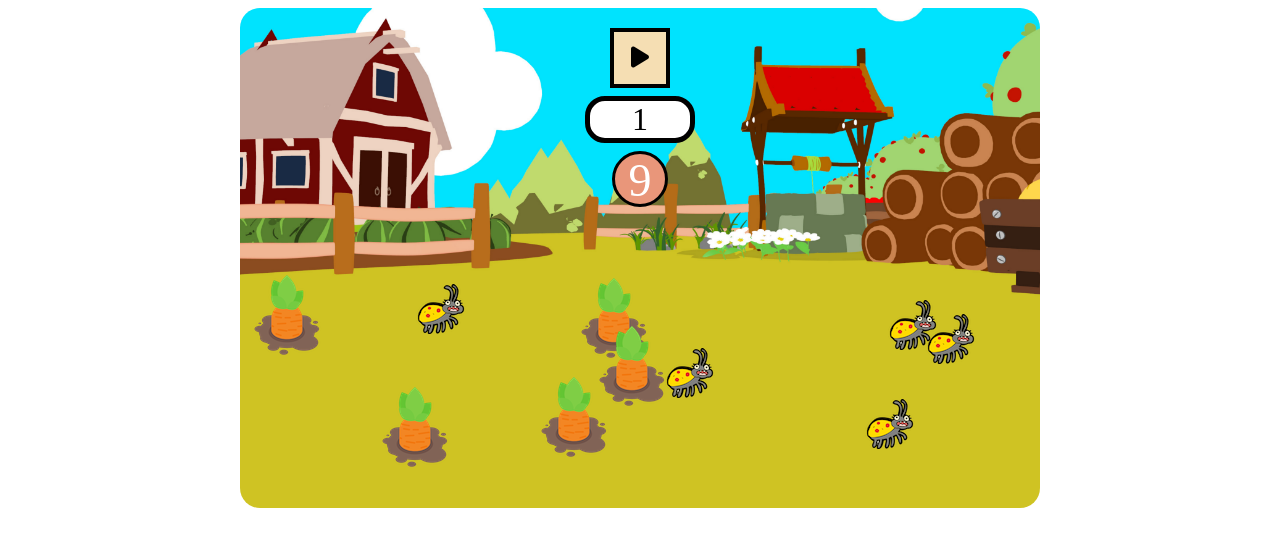
Repository: rumor1993/DreamCoding-Browser101
Page: Chapter07/ellie/index.html
An editor plug-in stored every save of this project. The page is shown before and after the next save, followed by the edit.
The browser window is 1280 px wide. The pictures show the whole page.
Some web libraries are served in a nearby version.

Above is the page before, as saved 2021-01-03 22:18:36.

After the next save:
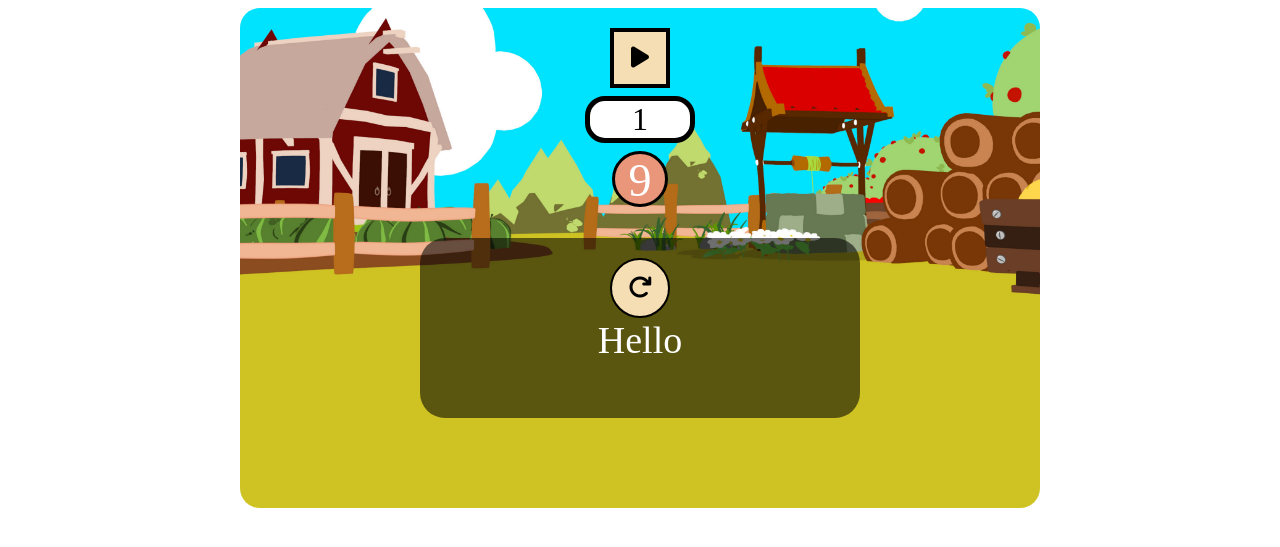
Console error: ReferenceError: clearItem is not defined
Saved 7 s later.
--- a/Chapter07/ellie/index.js
+++ b/Chapter07/ellie/index.js
@@ -15,6 +15,7 @@
 
   function initGame() {
     startTimer(5);
+    clearItem();
     addItem("carrot", 5, "../carrot/img/carrot.png");
     addItem("bug", 5, "../carrot/img/bug.png");
     gamePopup.setAttribute("class", "pop-up-hide");

After the save that followed:
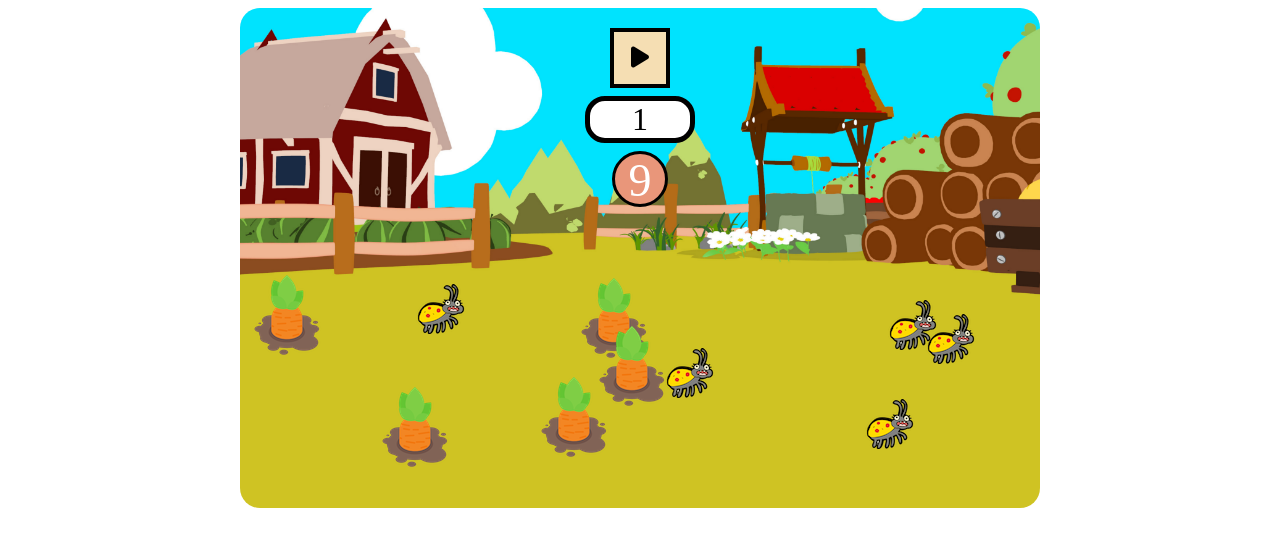
The error is gone.
Saved 63 s later.
--- a/Chapter07/ellie/index.js
+++ b/Chapter07/ellie/index.js
@@ -19,6 +19,10 @@
     addItem("carrot", 5, "../carrot/img/carrot.png");
     addItem("bug", 5, "../carrot/img/bug.png");
     gamePopup.setAttribute("class", "pop-up-hide");
+  }
+
+  function clearItem() {
+    gameField.innerHTML = "";
   }
 
   function addItem(className, count, imagePath) {
